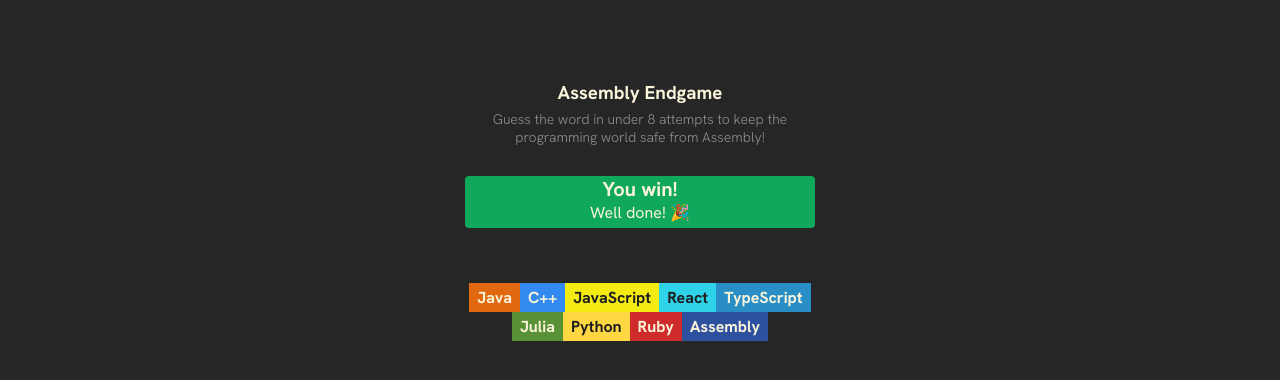
Repository: AchrafAzzaoui/AssemblyEndgame
Page: / (app in assembly-endgame/)
An editor plug-in stored every save of this project. The page is shown before and after the next save, followed by the edit.
The browser window is 1280 px wide. The pictures show the whole page.
The project was rebuilt for these pictures with package versions that can differ from the ones it lists, and the page was loaded fresh each time. Also part of the build but not shown: assembly-endgame/vite.config.js.

Above is the page before, as saved 2024-12-25 13:08:40.

After the next save:
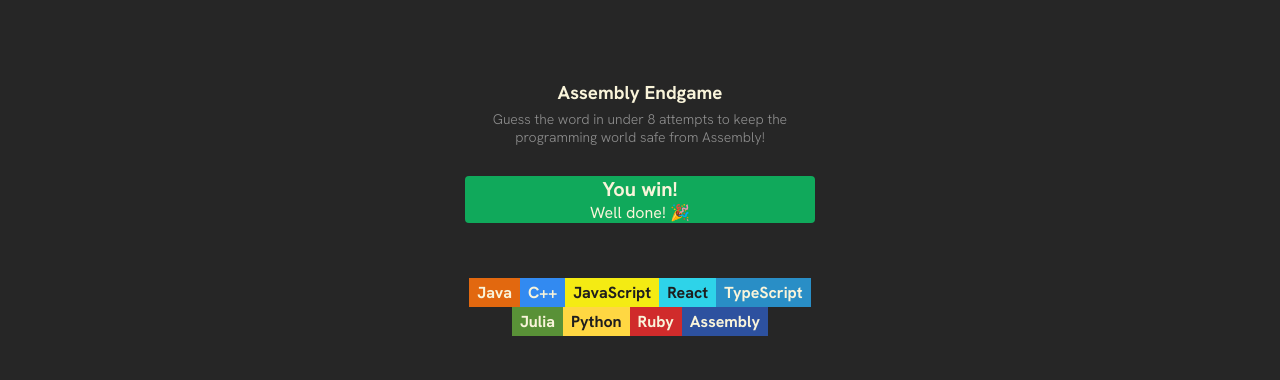
Saved 27 s later.
--- a/assembly-endgame/src/index.css
+++ b/assembly-endgame/src/index.css
@@ -40,6 +40,7 @@
   color: #f9f4da;
   display: flex;
   flex-direction: column;
+  justify-content: space-between;
   align-items: center;
   padding: 0px 20px;
   margin: 20px 0;
@@ -47,7 +48,6 @@
   margin-block: 30px;
 }
 .game-status p {
-  margin-bottom: 5px;
 }
 .game-status h2 {
   font-size: 1.25rem;

After the 2 saves that followed:
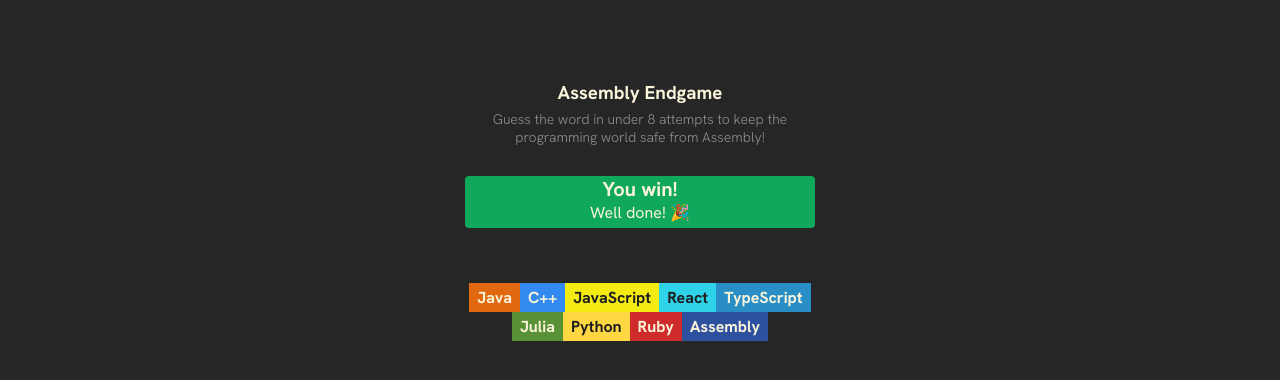
The 2 saves are shown as one change because 1 left the picture as it was.
The last was saved 17 s later.
--- a/assembly-endgame/src/index.css
+++ b/assembly-endgame/src/index.css
@@ -40,7 +40,7 @@
   color: #f9f4da;
   display: flex;
   flex-direction: column;
-  justify-content: space-between;
+  justify-content: space-evenly;
   align-items: center;
   padding: 0px 20px;
   margin: 20px 0;
@@ -48,6 +48,7 @@
   margin-block: 30px;
 }
 .game-status p {
+  margin-bottom: 5px;
 }
 .game-status h2 {
   font-size: 1.25rem;
